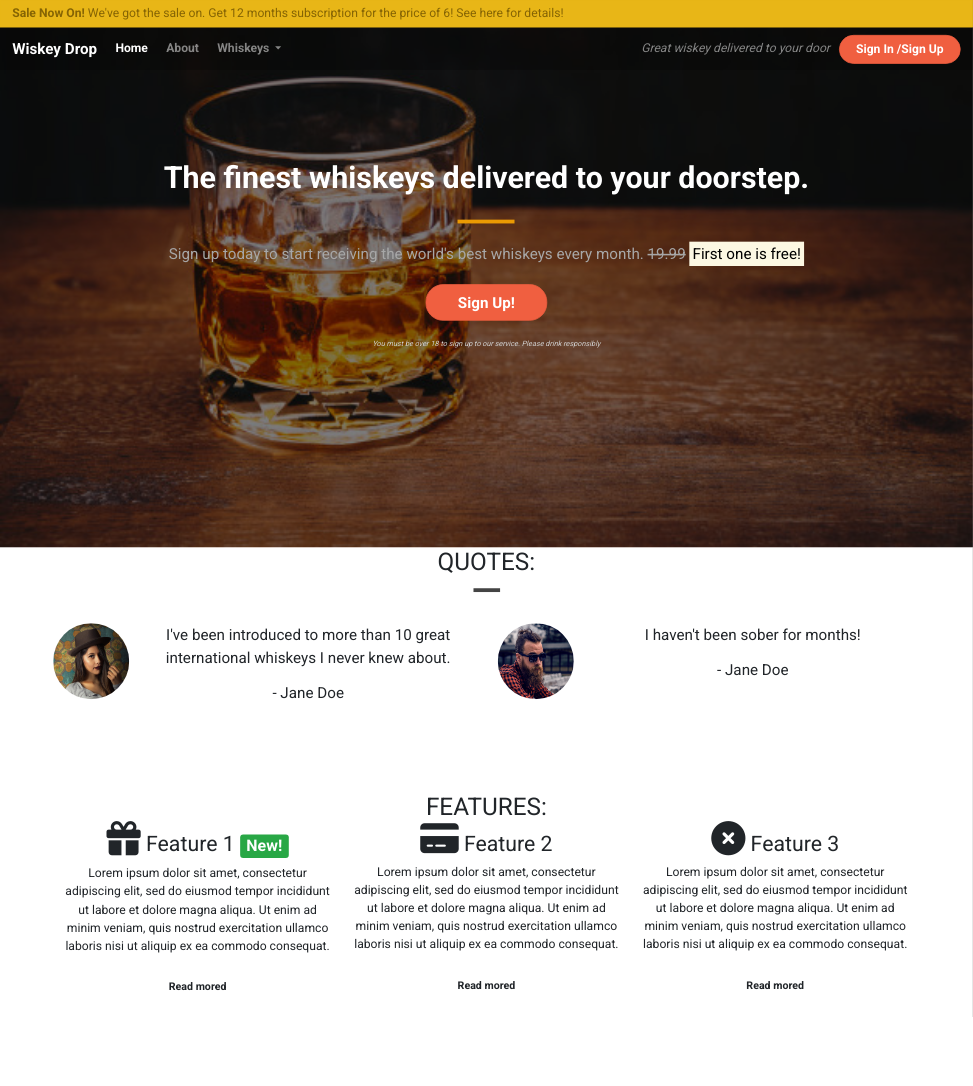
Repository: manub7/bootstrap4-mobile-first
Page: index.html
The author's editor kept a record of every edit. The page is drawn from the files as they stood at one moment, then again after the next edit.
The browser window is 1280 px wide. The pictures show the whole page, at 76% of full size.
Backgrounds fixed to the window are drawn as part of the page. Some web libraries are served in a nearby version.

Above is the page before.

After the next edit:
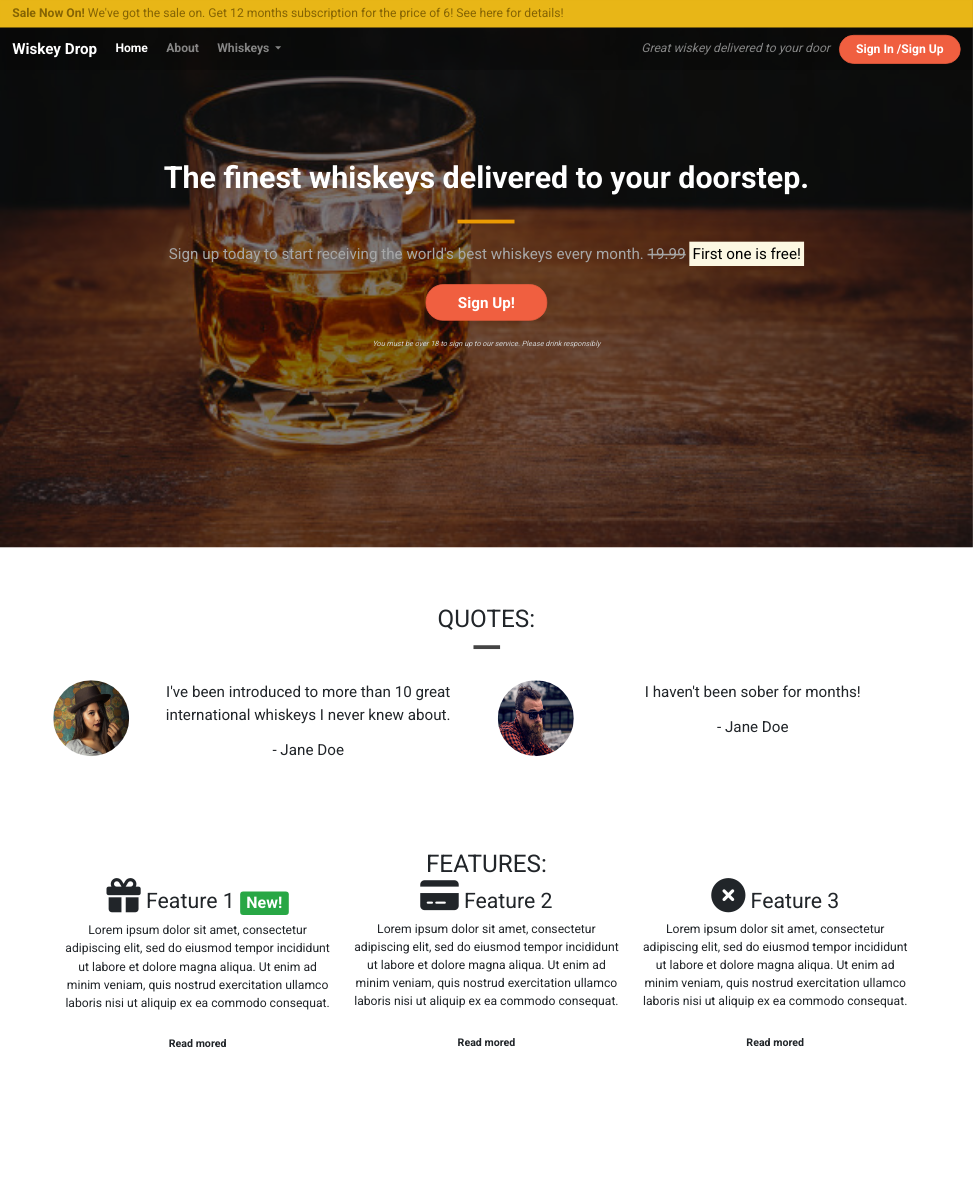
The edit:
--- a/index.html
+++ b/index.html
@@ -82,7 +82,7 @@
     </div>
 
     <!-- Quotes -->
-    <div class="container container-quotes">
+    <div class="container container-quotes content-container">
         <section class="quotes">
             <div class="row">
                 <div class="col-12 page-header">
